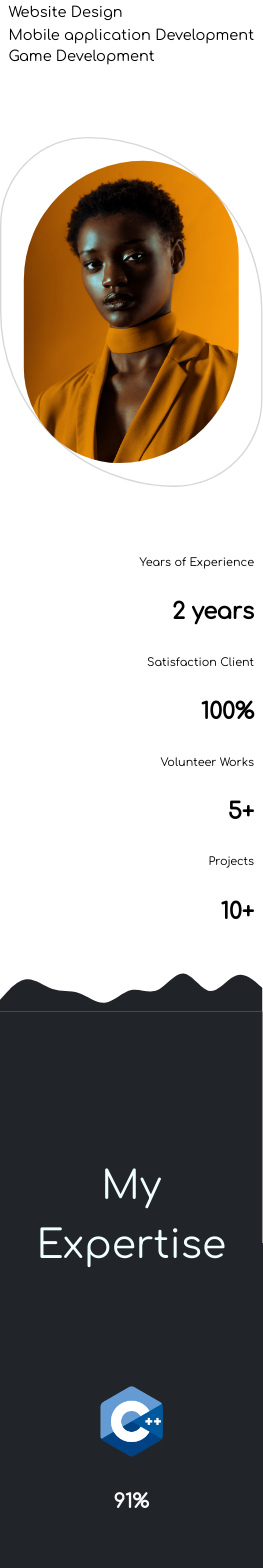
Repository: MMALI3287/Resume
Page: index.html
The author's editor kept a copy of each file at every save. The page is drawn from the files as they stood at one save, then again after the next save.
The browser window is 375 px wide. The pictures show the part of the page from y = 1491 to 3731 px (the page is 11662 px tall before and 11962 px after), at 70% of full size.
Some web libraries are served in a nearby version.

Above is the page before, as saved 2023-07-16 02:52:07.

### index.html
<!DOCTYPE html>
<html lang="en">
  <head>
    <meta charset="UTF-8" />
    <meta name="viewport" content="width=device-width, initial-scale=1.0" />
    <link rel="stylesheet" href="css/bootstrap.css" />
    <link rel="stylesheet" href="css/style.css" />
    <title>Musaddique Ali - Web Development, Programmer </title>
  <link rel="stylesheet" href="css/style.css" />
  <script src="https://kit.fontawesome.com/03ffe29f8b.js" crossorigin="anonymous"></script>
  <!-- Google tag (gtag.js) -->
<script async src="https://www.googletagmanager.com/gtag/js?id=G-VLNF64TM34"></script>
<script>
  window.dataLayer = window.dataLayer || [];
  function gtag(){dataLayer.push(arguments);}
  gtag('js', new Date());

  gtag('config', 'G-VLNF64TM34');
</script>
  </head>
  <body>
    <div id="header">
      <nav class="navbar navbar-expand-lg position-fixed top-0 w-100">
        <div class="container-fluid">
          <a class="navbar-brand logo text-light" href="#">MrMMALI</a>
          <button
            class="navbar-toggler"
            type="button"
            data-bs-toggle="collapse"
            data-bs-target="#navbarNav"
            aria-controls="navbarNav"
            aria-expanded="false"
            aria-label="Toggle navigation"
          >
            <span class="navbar-toggler-icon"></span>
          </button>
          <div class="collapse navbar-collapse" id="navbarNav">
            <ul class="navbar-nav">
              <li class="nav-item">
                <a
                  class="nav-link active text-light"
                  aria-current="page"
                  href="#"
                  >Home</a
                >
              </li>
              <li class="nav-item">
                <a class="nav-link text-light" href="#portfolio">Portfolio</a>
              </li>
              <li class="nav-item">
                <a class="nav-link text-light" href="#expertise">Expertise</a>
              </li>
              <li class="nav-item">
                <a class="nav-link text-light" href="#about">About</a>
              </li>
              <li class="nav-item">
                <a class="nav-link text-light" href="#serv">Services</a>
              </li>
              <li class="nav-item">
                <a class="nav-link text-light" href="#projects">Projects</a>
              </li>
            </ul>
          </div>
        </div>
        <div class="git rounded-0" >
          <a class="cont" href="#contact">
            Get in touch
          </a>
        </div>
      </nav>
      <div class="land">
        <div class="header-text">
          <p class="mb-0 name">MUSADDIQUE ALI</p>
        </div>
        <div class="subheader">
          <p>Software Developer</p>
        </div>
        <div class="sub">
          <p>
            Hello, my name is MD Musaddique Ali Erfan, Nice to meet you <br />
            I would like to welcome you to my personal portfolio.
          </p>
        </div>
      </div>
    </div>
    <div class="abt">
    <svg xmlns="http://www.w3.org/2000/svg" viewBox="0 100 1440 320">
      <path
        fill="#202429"
        fill-opacity="1"
        d="M0,192L48,197.3C96,203,192,213,288,234.7C384,256,480,288,576,256C672,224,768,128,864,122.7C960,117,1056,203,1152,218.7C1248,235,1344,181,1392,154.7L1440,128L1440,0L1392,0C1344,0,1248,0,1152,0C1056,0,960,0,864,0C768,0,672,0,576,0C480,0,384,0,288,0C192,0,96,0,48,0L0,0Z"
      ></path>
    </svg>
    <div class="container" id="portfolio">
      <div class="row">
        <div class="col-md-3">
          <p class="biog">Biography</p>
          <p class="subtext">
            I am Musaddique, A software developer <br />
            From Bangladesh
          </p>
          <p>Contact</p>
          <p class="subtext">
            Rampura,Dhaka <br />erfanali3287@gmail.com <br />+8801793515517
          </p>
          <p>Services</p>
          <p class="subtext bot">
            Website Design <br />Mobile application Development <br />Game
            Development
          </p>
        </div>
        <div class="col-md-6 capbord">
          <div id="capsule"></div>
        </div>
        <div class="col-md-3">
          <p class="biog text-end">Years of Experience</p>
          <p class="subtext2 text-end">2 years</p>
          <p class="text-end">Satisfaction Client</p>
          <p class="subtext2 text-end">100%</p>
          <p class="text-end">Volunteer Works</p>
          <p class="subtext2 text-end">5+</p>
          <p class="text-end">Projects</p>
          <p class="subtext2 text-end">10+</p>
        </div>
      </div>
    </div>
    <svg xmlns="http://www.w3.org/2000/svg" viewBox="0 0 1440 320"><path fill="#202429" fill-opacity="1" d="M0,256L24,229.3C48,203,96,149,144,144C192,139,240,181,288,197.3C336,213,384,203,432,218.7C480,235,528,277,576,272C624,267,672,213,720,202.7C768,192,816,224,864,202.7C912,181,960,107,1008,112C1056,117,1104,203,1152,208C1200,213,1248,139,1296,122.7C1344,107,1392,149,1416,170.7L1440,192L1440,320L1416,320C1392,320,1344,320,1296,320C1248,320,1200,320,1152,320C1104,320,1056,320,1008,320C960,320,912,320,864,320C816,320,768,320,720,320C672,320,624,320,576,320C528,320,480,320,432,320C384,320,336,320,288,320C240,320,192,320,144,320C96,320,48,320,24,320L0,320Z"></path></svg>

    <div class="advantage bg-dark text-center" id="expertise">
      <div class="container">
        <div class="row">
          <p class="mexp">My Expertise</p>
        </div>
        <div class="row">
          <div class="col-md-2">
            <img
              src="assets/images/c-.png"
              height="100px"
              width="100px"
              alt="c++"
            />
            <br />
            <p class="text-light h1 mb-5 mt-5 fw-bold">91%</p>
            <p class="text-light h5 p-5">C++</p>
          </div>
          <div class="col-md-2">
            <img
              src="assets/images/android-icon.svg"
              height="100px"
              width="100px"
              alt="c++"
            /><br />
            <p class="text-light h1 mb-5 mt-5 fw-bold">84%</p>
            <p class="text-light h5 p-5">Android</p>
          </div>
          <div class="col-md-2">
            <img
              src="assets/images/flutterio-icon.svg"
              height="100px"
              width="100px"
              alt="c++"
            /><br />
            <p class="text-light h1 mb-5 mt-5 fw-bold">78%</p>
            <p class="text-light h5 p-5">Flutter</p>
          </div>
          <div class="col-md-2">
            <img
              src="assets/images/unity.png"
              height="100px"
              width="100px"
              alt="c++"
            /><br />
            <p class="text-light h1 mb-5 mt-5 fw-bold">76%</p>
            <p class="text-light h5 p-5">Unity</p>
          </div>
          <div class="col-md-2">
            <img
              src="assets/images/ADBE.svg"
              height="100px"
              width="100px"
              alt="c++"
            /><br />
            <p class="text-light h1 mb-5 mt-5 fw-bold">83%</p>
            <p class="text-light h5 p-5">Adobe</p>
          </div>
          <div class="col-md-2">
            <img
              src="https://upload.wikimedia.org/wikipedia/commons/0/0e/Microsoft_365_%282022%29.svg"
              height="100px"
              width="100px"
              alt="c++"
            /><br />
            <p class="text-light h1 mb-5 mt-5 fw-bold">94%</p>
            <p class="text-light h5 p-5">Office</p>
          </div>
        </div>
      </div>
    </div>
  </div>

    <svg xmlns="http://www.w3.org/2000/svg" viewBox="0 0 1440 320"><path fill="#202429" fill-opacity="1" d="M0,160L48,181.3C96,203,192,245,288,250.7C384,256,480,224,576,197.3C672,171,768,149,864,165.3C960,181,1056,235,1152,250.7C1248,267,1344,245,1392,234.7L1440,224L1440,0L1392,0C1344,0,1248,0,1152,0C1056,0,960,0,864,0C768,0,672,0,576,0C480,0,384,0,288,0C192,0,96,0,48,0L0,0Z"></path></svg>

    <!-- * about -->
  <div id="about">
    <div class="container">
      <div class="rowc">
        <div class="about-col-1">
          <img src="assets/images/capsule.jpg" alt="user" />
        </div>
        <div class="about-col-2">
          <h2 class="sub-title text-dark">About Me</h2>
          <p class="h5 fw-500">
            I am a software developer. I have been working as a software developer for 6 months. I have
            experience in web development, app development, and UI/UX design. I am a hardworking and
            dedicated person. I am always ready to learn new things.
          </p>
          <div class="tab-titles">
            <p class="tab-links active-link" onclick="opentab('skills')">Skills</p>
            <p class="tab-links" onclick="opentab('experience')"">Experience</p>
              <p class=" tab-links" onclick="opentab('education')"">Education</p>
            </div>
            <div class=" tab-contents active-tab" id="skills">
            <ul>
              <li><span>UI/UX</span><br />Designing Web/App Interface</li>
              <li><span>Web Development</span><br />Web app Development</li>
              <li>
                <span>App Development</span><br />Building Android/iOS apps
              </li>
            </ul>
          </div>
          <div class="tab-contents" id="experience">
            <ul>
              <li>
                <span>2022 - Current</span><br />Software Developer Intern at
                TETON Pvt ltd
              </li>
            </ul>
          </div>
          <div class="tab-contents" id="education">
            <ul>
              <li>
                <span>Current</span><br />BSc. from Ahsanullah University of
                Science and Technology
              </li>
              <li>
                <span>2020</span> <br />
                HSC from Saint Joseph Higher Secondary School and College
              </li>
              <li>
                <span>2018</span><br />SSC from Ideal School and College
              </li>
            </ul>
          </div>
        </div>
      </div>
    </div>
  </div>
  <svg xmlns="http://www.w3.org/2000/svg" id="serv" viewBox="0 0 1440 320"><path fill="#202429" fill-opacity="1" d="M0,224L24,202.7C48,181,96,139,144,138.7C192,139,240,181,288,197.3C336,213,384,203,432,218.7C480,235,528,277,576,282.7C624,288,672,256,720,224C768,192,816,160,864,160C912,160,960,192,1008,181.3C1056,171,1104,117,1152,122.7C1200,128,1248,192,1296,197.3C1344,203,1392,149,1416,122.7L1440,96L1440,320L1416,320C1392,320,1344,320,1296,320C1248,320,1200,320,1152,320C1104,320,1056,320,1008,320C960,320,912,320,864,320C816,320,768,320,720,320C672,320,624,320,576,320C528,320,480,320,432,320C384,320,336,320,288,320C240,320,192,320,144,320C96,320,48,320,24,320L0,320Z"></path></svg>


  <!-- * services -->
  <div id="services">
    <div class="container">
      <h2 class="sub-title">My Services</h2>
      <div class="services-list">
        <div>
          <i class="fa-solid fa-crop"></i>
          <h2>Game Development</h2>
          <p>
            Game Development is the art of creating captivating and immersive interactive experiences. It combines technical expertise, artistic creativity, and player psychology to craft unforgettable games.
          </p>
          <a href="https://www.freecodecamp.org/news/what-is-game-development/">Learn more</a>
        </div>
        <div>
          <i class="fa-solid fa-code"></i>
          <h2>Web Development</h2>
          <p>
            Web Development is the process of creating a website for the internet. It is a process of creating a website for the internet.
          </p>
          <a href="https://brainstation.io/career-guides/what-is-web-development">Learn more</a>
        </div>
        <div>
          <i class="fa-solid fa-mobile-screen"></i>
          <h2>App Development</h2>
          <p>
            App Development is the process of creating a mobile application for smartphones and tablets. It is a process of creating a mobile application for smartphones and tablets.
          </p>
          <a href="https://orases.com/what-is-app-development/">Learn more</a>
        </div>
      </div>
    </div>
  </div>
<svg xmlns="http://www.w3.org/2000/svg" id="projects" viewBox="0 0 1440 320"><path fill="#202429" fill-opacity="1" d="M0,256L24,234.7C48,213,96,171,144,170.7C192,171,240,213,288,224C336,235,384,213,432,213.3C480,213,528,235,576,224C624,213,672,171,720,149.3C768,128,816,128,864,122.7C912,117,960,107,1008,138.7C1056,171,1104,245,1152,261.3C1200,277,1248,235,1296,208C1344,181,1392,171,1416,165.3L1440,160L1440,0L1416,0C1392,0,1344,0,1296,0C1248,0,1200,0,1152,0C1104,0,1056,0,1008,0C960,0,912,0,864,0C816,0,768,0,720,0C672,0,624,0,576,0C528,0,480,0,432,0C384,0,336,0,288,0C240,0,192,0,144,0C96,0,48,0,24,0L0,0Z"></path></svg>

  <!-- -------------------portfolio------------------- -->
  <div id="portfolio">
    <div class="container">
      <h2 class="sub-title text-dark">My Latest Projects</h2>
      <div class="work-list">
        <div class="work">
          <div class="p-2 rounded-3 border bg-danger"><img src="assets/images/wordmaestro.jpg" height="250px" alt="UX"></div>
          <div class="layer">
            <p class="text-light h1">
              Word Maestro
            </p>
            <p class="text-light h5 mt-3">
              A puzzle game made with C++ for all ages
            </p>
            <a href="https://github.com/MMALI3287/Word-Maestro"><i class="fa-sharp fa-solid fa-up-right-from-square"></i></a>
          </div>
          <p class="h3 mt-4">Word Maestro</p>
          <p class="h6">Game Development with C++</p>
        </div>
        <div class="work">
          <div class="p-2 rounded-3 border bg-danger"><img src="assets/images/resortadmin.jpg"  height="250px"  alt="Web"></div>
          <div class="layer">
            <p class="text-light h1">
              Resort Administration
            </p>
            <p class="text-light h5 mt-3">
              A database application made with MySQL and Java in NetBeans to manage a resort
            </p>
            <a href="https://github.com/MMALI3287/Resort-Administration"><i class="fa-sharp fa-solid fa-up-right-from-square"></i></a>
          </div>
          <p class="h3 mt-4">Resort Administration</p>
          <p class="h6">Software Development with Java</p>
        </div>
        <div class="work">
          <div class="p-2 rounded-3 border bg-danger"> <img src="assets/images/reuse.png"  height="250px"  alt="App"></div>
          <div class="layer">
            <p class="text-light h1">
              ReUse
            </p>
            <p class="text-light h5 mt-3">
              An android application to donate unwanted items to the needy
            </p>
            <a href="https://github.com/MMALI3287/ReUse"><i class="fa-sharp fa-solid fa-up-right-from-square"></i></a>
          </div>
          <p class="h3 mt-4">ReUse</p>
          <p class="h6">Mobile Development with Android</p>
        </div>
      </div>
      <a href="https://github.com/MMALI3287?tab=repositories" class="btnc text-dark">See more</a>
    </div>
  </div>
  <svg xmlns="http://www.w3.org/2000/svg" viewBox="0 20 1440 300"><path fill="#202429" fill-opacity="1" d="M0,128L48,160C96,192,192,256,288,272C384,288,480,256,576,250.7C672,245,768,267,864,240C960,213,1056,139,1152,133.3C1248,128,1344,192,1392,224L1440,256L1440,320L1392,320C1344,320,1248,320,1152,320C1056,320,960,320,864,320C768,320,672,320,576,320C480,320,384,320,288,320C192,320,96,320,48,320L0,320Z"></path></svg>
  <!-- -------------------contact------------------- -->
  <div id="contact">
    <div class="container">
      <div class="row">
        <div class="contact-left">
          <h2 class="sub-title">
            Contact Me
          </h2>
          <p class="text-light"><i class="fa-solid fa-envelope"></i> erfanali3287@gmail.com</p>
          <p class="text-light"><i class="fa-solid fa-phone"></i> +880 1793 515 517</p>
          <p class="text-light"><i class="fa-solid fa-location-dot"></i> Dhaka, Bangladesh</p>
          <div class="social-icons">
            <a href="https://www.facebook.com/musaddique.mmali/"><i class="fa-brands fa-facebook"></i></a>
            <a href="https://twitter.com/MusaddiqueMMALI/"><i class="fa-brands fa-twitter"></i></a>
            <a href="https://www.instagram.com/mdmusaddiquealierfan/"><i class="fa-brands fa-instagram"></i></a>
            <a href="https://www.linkedin.com/in/musaddique-ali/"><i class="fa-brands fa-linkedin"></i></a>
            <a href="https://github.com/MMALI3287/"><i class="fa-brands fa-github"></i></a>
          </div>
          <a href="images/resume.pdf" download class="btnc btn2">Download Resume</a>
        </div>
        <div class="contact-right">
          <form name="submit-to-google-sheet">
            <input type="text" name="Name" placeholder="Your Name" required>
            <input type="email" name="E-Mail" placeholder="Your Email" required>
            <textarea name="Message" rows="6" placeholder="Your Message"></textarea>
            <button type="submit" class="btnc btn2">Send</button>
          </form>
          <span id="msg"></span>
        </div>
      </div>
    </div>
      <div class="copyright">
        <p>Copyright © Musaddique Ali. Thank you for visiting <i class="fas fa-heart"></i></p>
      </div>
    </div>

    <script src="js/bootstrap.js"></script>
    <script src="js/index.js"></script>
  </body>
</html>

### css/style.css
@import url("https://fonts.googleapis.com/css2?family=Vollkorn:ital,wght@1,500&display=swap");
@import url("https://fonts.googleapis.com/css2?family=Comfortaa&family=Vollkorn:ital,wght@1,500&display=swap");

* {
  margin: 0;
  padding: 0;
  box-sizing: border-box;
}

.navbar {
  background-color: #00000082;
}

html {
  scroll-behavior: smooth;
}

body {
  color: #fff;
  font-family: "Comfortaa", cursive;
}

.logo {
  font-size: 2rem;
  margin: 0 5rem 0 4rem;
}
.git {
  font-size: 1.5rem;
  margin: 0.5rem 3rem;
  width: 15rem;
  height: 4rem;
  background: transparent;
  color: white;
  border: 1px solid white;
  display: flex;
  justify-content: center;
  align-items: center;
}

.git:hover {
  background: white;
}

.cont:hover {
  color: black;
}

.cont {
  text-decoration: none;
  color: white;
}

#header {
  font-size: 1.5rem;
  width: 100%;
  height: 100vh;
  background: url(../assets/images/landingback.jpg) no-repeat;
  background-size: cover;
  background-position: center;
  background-position: center;
  position: absolute;
  top: 0;
}

.abt {
  margin-top: 100vh;
}

.header-text {
  font-family: "Vollkorn", serif;
  line-height: 7rem;
  margin-top: 25%;
  font-size: 8rem;
  font-weight: 700;
}
.subheader {
  font-family: "Vollkorn", serif;
  font-size: 5rem;
}
.sub {
  font-size: 1.5rem;
  color: rgb(113, 113, 113);
  font-weight: 400;
}
.land {
  padding: 0 4rem;
}

.container {
  color: black;
  padding-top: 3rem;
}

nav ul li {
  display: inline-block;
  list-style: none;
  margin: 10px 20px;
  flex-wrap: wrap;
  justify-content: center;
}

nav ul li a {
  text-decoration: none;
  color: #fff;
  font-size: 18px;
  font-weight: 500;
  position: relative;
}

nav ul li a::after {
  content: "";
  display: block;
  width: 0;
  height: 3px;
  background: #ff004f;
  transition: 0.5s;
  position: absolute;
  bottom: -6px;
  left: 0;
}

nav ul li a:hover::after {
  width: 100%;
}

#capsule {
  width: 100%;
  height: 100%;
  background: url(../assets/images/capsule.jpg) no-repeat;
  background-size: cover;
  background-position: center;
  border-radius: 250px 200px;
  padding: 2rem;
}

.biog {
  margin-top: 6rem;
}

.subtext {
  margin: 2rem 0;
  font-size: 1.3rem;
  font-weight: 500;
}

.bot {
  margin-bottom: 6.2rem;
}

.subtext2 {
  margin: 2.2rem 0;
  font-size: 2rem;
  font-weight: 700;
}

.capbord {
  border: 2px solid rgb(215, 215, 215);
  border-radius: 200px 400px;
  padding: 2rem;
}

.advantage {
  padding: 6rem;
  padding-top: 10rem;
  color: azure;
}

.mexp {
  color: azure;
  font-size: 3.5rem;
  font-weight: 500;
  margin-bottom: 10rem;
  justify-content: center;
  display: flex;
}

/* * about */
#about {
  padding: 80px 0;
  color: #ababab;
}

.rowc {
  margin-top: 8rem;
  display: flex;
  justify-content: space-between;
  align-items: center;
  flex-wrap: wrap;
}

.about-col-1 {
  flex-basis: 35%;
}

.about-col-1 img {
  width: 100%;
  border-radius: 15px;
}

.about-col-2 {
  flex-basis: 60%;
}

.sub-title {
  font-size: 60px;
  font-weight: 600;
  color: #fff;
}

.tab-titles {
  display: flex;
  align-items: center;
  margin: 20px 0 40px;
}

.tab-links {
  margin-right: 50px;
  display: flex;
  justify-content: space-between;
  align-items: center;
  flex-wrap: wrap;
  font-size: 1.3rem;
  font-weight: 500;
  cursor: pointer;
  position: relative;
}

.tab-links::after {
  content: "";
  display: block;
  width: 0;
  height: 3px;
  background: #ff004f;
  transition: 0.5s;
  position: absolute;
  bottom: -8px;
  left: 0;
}

.tab-links.active-link::after {
  width: 50%;
}

.tab-contents ul li {
  list-style: none;
  margin: 10px 0;
  flex-wrap: wrap;
  justify-content: center;
  font-size: 1.1rem;
}

.tab-contents ul li span {
  color: #b83d64;
  font-size: 1.5rem;
  font-weight: 600;
}

.tab-contents {
  display: none;
}

.tab-contents.active-tab {
  display: block;
}

/* * services */
#services {
  padding: 30px 0;
  background-color: #202429;
}

.services-list {
  display: grid;
  grid-template-columns: repeat(auto-fit, minmax(250px, 1fr));
  grid-gap: 40px;
  margin-top: 50px;
}

.services-list div {
  background: #060606;
  color: #fff;
  padding: 40px;
  font-size: 13px;
  font-weight: 300;
  border-radius: 10px;
  transition: background 0.5s, transform 0.5s;
}

.services-list div i {
  color: #fff;
  font-size: 50px;
  margin-bottom: 30px;
}

.services-list div h2 {
  color: #fff;
  font-size: 30px;
  font-weight: 500;
  margin-bottom: 15px;
}

.services-list div a {
  text-decoration: none;
  color: #fff;
  font-size: 12px;
  margin-top: 20px;
  display: inline-block;
}

.services-list div:hover {
  background: #ff004f;
  transform: translateY(-10px);
}

/* * portfolio */
#portfolio {
  justify-content: center;
  margin-top: 3rem;
}

.work-list {
  display: grid;
  grid-template-columns: repeat(auto-fit, minmax(250px, 1fr));
  grid-gap: 40px;
  margin-top: 50px;
}

.work {
  border-radius: 10px;
  position: relative;
  overflow: hidden;
}

.work img {
  width: 100%;
  border-radius: 10px;
  display: block;
  transition: transform 0.5s;
}

.layer {
  width: 100%;
  height: 0;
  background: linear-gradient(rgba(0, 0, 0, 0.6), #ff004f);
  border-radius: 10px;
  position: absolute;
  left: 0;
  bottom: 0;
  overflow: hidden;
  display: flex;
  align-items: center;
  justify-content: center;
  flex-direction: column;
  padding: 0 40px;
  text-align: center;
  font-size: 14px;
  transition: height 0.5s;
}

.layer h3 {
  font-weight: 500;
  margin-bottom: 20px;
}

.layer a {
  text-decoration: none;
  color: #ff004f;
  font-size: 18px;
  line-height: 60px;
  margin-top: 20px;
  background: #fff;
  width: 60px;
  height: 60px;
  border-radius: 50%;
  text-align: center;
}

.work:hover img {
  transform: scale(1.1);
}

.work:hover .layer {
  height: 100%;
}

.btnc {
  display: block;
  margin: 50px auto;
  width: fit-content;
  border: 1px solid #ff004f;
  padding: 14px 50px;
  border-radius: 10px;
  text-decoration: none;
  color: #fff;
  transition: background 0.5s;
  font-size: 1.5rem;
  font-weight: 500;
}

.btnc:hover {
  background: #ff004f;
}

/* * contact */

#contact {
  background-color: #202429;
}

.contact-left {
  flex-basis: 35%;
}
.contact-right {
  flex-basis: 60%;
}

.contact-left p {
  margin-top: 30px;
}

.contact-left p i {
  color: #ff004f;
  margin-right: 15px;
  font-size: 25px;
}

.social-icons {
  margin-top: 30px;
}

.social-icons a {
  text-decoration: none;
  display: inline-block;
  font-size: 30px;
  color: #ababab;
  border-radius: 50%;
  margin-right: 15px;
  transition: background 0.5s;
}
.social-icons a:hover {
  color: #ff004f;
  background: #fff;
  height: 40px;
  width: 45px;
  line-height: 40px;
  text-align: center;
  font-size: 35px;
  transform: translateY(-5px);
}
.btnc.btn2 {
  display: inline-block;
  background: #ff004f;
  color: #fff;
  border: 1px solid #ff004f;
  margin-top: 30px;
  padding: 14px 50px;
  border-radius: 10px;
  text-decoration: none;
  transition: background 0.5s;
}

.contact-right form {
  width: 100%;
}

form input,
form textarea {
  width: 100%;
  padding: 15px 20px;
  margin: 15px 0;
  outline: none;
  border: 0;
  border-radius: 10px;
  font-size: 18px;
  color: #fff;
  background: #060606;
}

form .btn2 {
  padding: 14px 60px;
  font-size: 18px;
  margin-top: 20px;
  cursor: pointer;
}

.copyright {
  width: 100%;
  text-align: center;
  padding: 25px 0;
  background: #060606;
  font-weight: 300;
  margin-top: 20px;
}

.copyright i {
  color: #ff004f;
  font-size: 20px;
}

nav .fas {
  display: none;
}

#msg {
  color: #61b752;
  margin-top: -40px;
  display: block;
  font-size: 16px;
  font-weight: 500;
  text-align: center;
}

/* ------------------------------- css for small screens ------------------------------ */

@media only screen and (max-width: 600px) {
  #header {
    background-image: url(../assets/images/bg-mobile.jpg);
  }

  .name {
    font-size: 2rem;
  }

  .subheader {
    font-size: 1.5rem;
  }

  .sub {
    font-size: 1rem;
    color: white;
  }

  .capbord {
    height: 500px;
  }

  .logo {
    margin-left: 1rem;
  }

  .git {
    visibility: hidden;
  }

  .header-text {
    margin-top: 100%;
    font-size: 16px;
  }
  .header-text h1 {
    font-size: 30px;
  }

  h2 {
    font-size: 25px;
  }

  nav .fas {
    display: block;
    font-size: 25px;
  }
  nav ul li {
    display: block;
    margin: 25px;
  }
  nav ul .fas {
    position: absolute;
    top: 25px;
    left: 25px;
    cursor: pointer;
  }
  .sub-title {
    font-size: 40px;
  }
  .about-col-1,
  .about-col-2 {
    flex-basis: 100%;
  }
  .about-col-1 {
    margin-bottom: 30px;
  }
  .about-col-2 {
    font-size: 14px;
  }
  .tab-links {
    font-size: 16px;
    margin-right: 20px;
  }
  .contact-left,
  .contact-right {
    flex-basis: 100%;
  }
  .copyright {
    font-size: 14px;
  }
  form .btn2 {
    padding: 14px 40px;
    width: 100%;
  }
}

### js/index.js
let tablinks = document.getElementsByClassName("tab-links");
let tabcontents = document.getElementsByClassName("tab-contents");
function opentab(tabname) {
  for (let tablink of tablinks) tablink.classList.remove("active-link");
  for (let tabcontent of tabcontents) tabcontent.classList.remove("active-tab");
  event.currentTarget.classList.add("active-link");
  document.getElementById(tabname).classList.add("active-tab");
}

let sidemenu = document.getElementById("sidemenu");
function openmenu() {
  sidemenu.style.right = "0";
}
function closemenu() {
  sidemenu.style.right = "-200px";
}

const scriptURL =
  "https://script.google.com/macros/s/AKfycbweIFA406kLCn8JOrIW-5p-dtJ7j9e8FbQg1LLUW5Mk5p9cZg4kpXwc1kParYo2nA4j/exec";
const form = document.forms["submit-to-google-sheet"];
const msg = document.getElementById("msg");

form.addEventListener("submit", (e) => {
  e.preventDefault();
  fetch(scriptURL, { method: "POST", body: new FormData(form) })
    .then((response) => {
      msg.innerHTML =
        "Message sent successfully. Thank you for contacting me. I will get back to you soon.";
      setTimeout(function () {
        msg.innerHTML = "";
      }, 5000);
      form.reset();
    })
    .catch((error) => console.error("Error!", error.message));
});

Loaded but not shown: css/bootstrap.css (library); js/bootstrap.js (library)

After the next save:
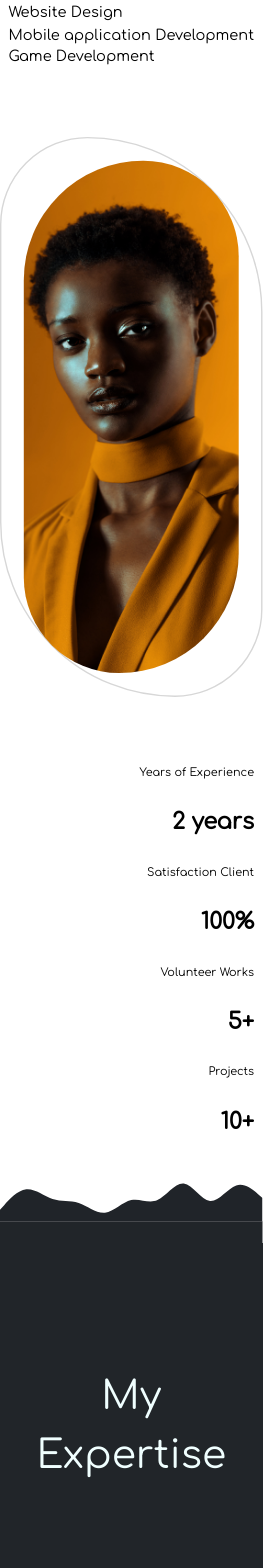
Saved 13 s later.
--- a/css/style.css
+++ b/css/style.css
@@ -531,7 +531,7 @@
   }
 
   .capbord {
-    height: 500px;
+    height: 800px;
   }
 
   .logo {
